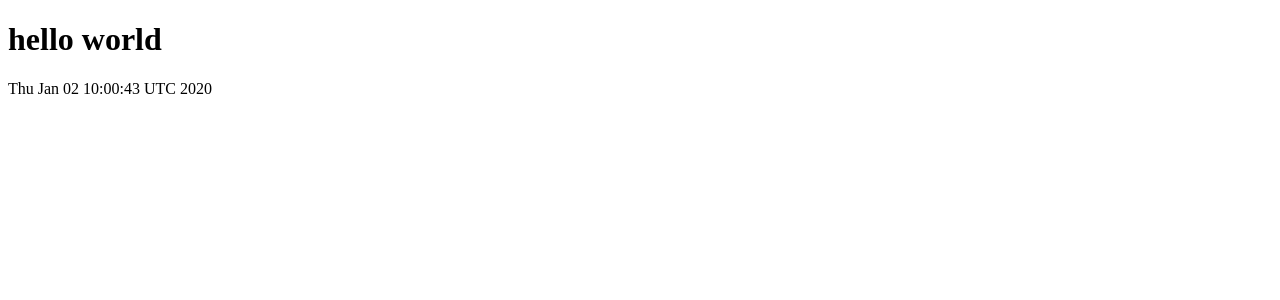
Repository: teddyruppin/GitFormateur
Page: http://localhost/JSP01/
An editor plug-in stored every save of this project. The page is shown before and after the next save, followed by the edit.
The browser window is 1280 px wide. The pictures show the whole page.
The page is served by Tomcat 9.

Above is the page before, as saved 2020-01-02 10:28:56.

After the next save:
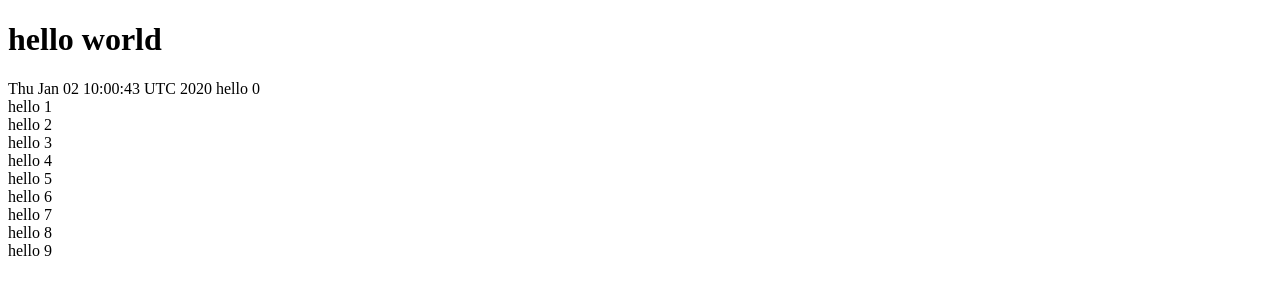
Saved 5 min 20 s later.
--- a/src/projpoo1/JSP01/WebContent/index.jsp
+++ b/src/projpoo1/JSP01/WebContent/index.jsp
@@ -10,5 +10,12 @@
 <body>
 	<h1> hello world </h1>
 	<p> <%= new Date() %>
+
+	<%
+
+	for(int i=0;i<10;i++)
+		out.append("hello " + i + "<br/>");
+
+	%>
 </body>
 </html>
